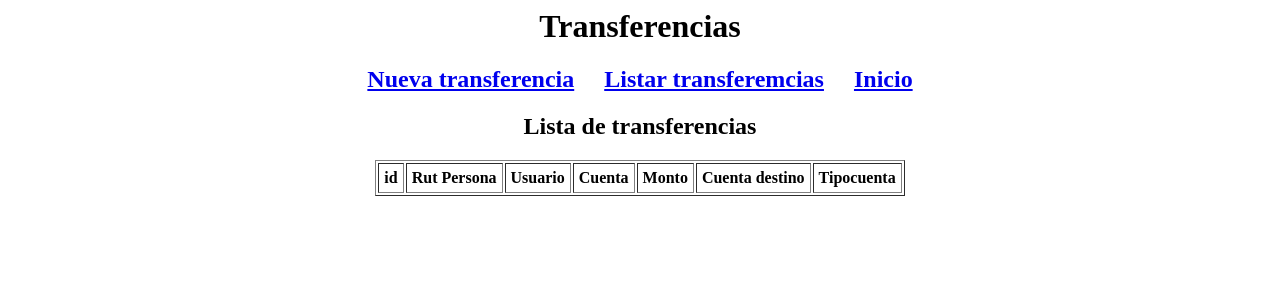
Repository: miguelalvarezcl/examen
Page: http://localhost/CtaCorriente/listTransferencia
An editor plug-in stored every save of this project. The page is shown before and after the next save, followed by the edit.
The browser window is 1280 px wide. The pictures show the whole page.
The page is served by Tomcat 9. Other server files are loaded and not shown. Queries for data that is not in the repository find no rows.

Above is the page before, as saved 2021-11-12 22:44:20.

### CtaCorriente/WebContent/ListaTransferencia.jsp
<%@ page language="java" contentType="text/html; charset=UTF-8"
    pageEncoding="UTF-8"%>
<%@ taglib uri="http://java.sun.com/jsp/jstl/core" prefix="c" %>
<html>
<head>
    <title>Banco Platinum</title>
</head>
<body>
    <center>
        <h1>Transferencias</h1>
        <h2>
            <a href="/CtaCorriente/newtransferencia">Nueva transferencia</a>
            &nbsp;&nbsp;&nbsp;
            <a href="/CtaCorriente/listTransferencia">Listar transferemcias</a>
            &nbsp;&nbsp;&nbsp;
            <a href="/CtaCorriente/home.jsp">Inicio</a>
        </h2>
    </center>
    <div align="center">
        <table border="1" cellpadding="5">
            <h2>Lista de transferencias</h2>
            <tr>
                <th>id</th>
                <th>Rut Persona</th>
                <th>Usuario</th>
                <th>Cuenta</th>
                <th>Monto</th>
                <th>Cuenta destino</th>
                <th>Tipocuenta</th>


            </tr>
            <c:forEach var="transferencia" items="${listTransferencia}">
                <tr>
                    <td><c:out value="${transferencia.id}" /></td>
                    <td><c:out value="${transferencia.rutpersona}" /></td>
                    <td><c:out value="${transferencia.idusuario}" /></td>
                    <td><c:out value="${transferencia.idcuenta}" /></td>
                    <td><c:out value="${transferencia.montotransferencia}" /></td>
                    <td><c:out value="${transferencia.cuentatransferencia}" /></td>
                    <td><c:out value="${transferencia.tipocuenta}" /></td>


                </tr>
            </c:forEach>
        </table>
    </div>
</body>
</html>

### CtaCorriente/src/com/platinum/ControllerServlet.java
package com.platinum;

import java.io.IOException;
import java.sql.SQLException;
import java.util.List;

import javax.servlet.RequestDispatcher;
import javax.servlet.ServletException;
import javax.servlet.http.HttpServlet;
import javax.servlet.http.HttpServletRequest;
import javax.servlet.http.HttpServletResponse;


public class ControllerServlet extends HttpServlet {
    private static final long serialVersionUID = 1L;
    private UsuariobdDAO usuariobdDAO;
    private PersonabdDAO personabdDAO;
    private CuentabdDAO cuentabdDAO;
    private TransferenciaDAO transferenciaDAO;

    public void init() {
        String jdbcURL = getServletContext().getInitParameter("jdbcURL");
        String jdbcUsername = getServletContext().getInitParameter("jdbcUsername");
        String jdbcPassword = getServletContext().getInitParameter("jdbcPassword");

        usuariobdDAO = new UsuariobdDAO(jdbcURL, jdbcUsername, jdbcPassword);
        personabdDAO = new PersonabdDAO(jdbcURL, jdbcUsername, jdbcPassword);
        cuentabdDAO = new CuentabdDAO(jdbcURL, jdbcUsername, jdbcPassword);
        transferenciaDAO = new TransferenciaDAO(jdbcURL, jdbcUsername, jdbcPassword);

    }

    protected void doPost(HttpServletRequest request, HttpServletResponse response)
            throws ServletException, IOException {
        doGet(request, response);
    }

    protected void doGet(HttpServletRequest request, HttpServletResponse response)
            throws ServletException, IOException {
        String action = request.getServletPath();

        try {
            switch (action) {
            case "/new":
                showNewForm(request, response);
                break;
            case "/newpersona":
                showNewFormPersona(request, response);
                break;

            case "/newcuenta":
                showNewFormCuenta(request, response);
                break;

            case "/newtransferencia":
                showNewFormTransferencia(request, response);
                break;

            case "/insert":
                insertUsuariobd(request, response);
                break;

            case "/insertpersona":
                insertPersonabd(request, response);
                break;

            case "/insertcuenta":
                insertCuentabd(request, response);
                break;

            case "/inserttransferencia":
                insertTransferencia(request, response);
                break;
            case "/deletecuenta":
                deleteCuentabd(request, response);
                break;

            case "/deletepersona":
                deletePersonabd(request, response);
                break;
            case "/delete":
                deleteUsuariobd(request, response);
                break;
            case "/editpersona":
                showEditFormPersona(request, response);
                break;

            case "/editcuenta":
                showEditFormCuenta(request, response);
                break;

            case "/edit":
                showEditForm(request, response);
                break;
            case "/update":
                updateUsuariobd(request, response);
                break;
            case "/updatepersona":
                updatePersonabd(request, response);
                break;

            case "/updatecuenta":
                updateCuentabd(request, response);
                break;


            case "/listPersonabd":
            	listPersonabd(request, response);
                break;

            case "/listCuentabd":
            	//System.out.println("1");
            	listCuentabd(request, response);
                break;
            case "/listTransferencia":
            	listTransferencia(request, response);
                break;
            default:
                listUsuariobd(request, response);
                break;
            }
        } catch (SQLException ex) {
            throw new ServletException(ex);
        }
    }



    private void listTransferencia(HttpServletRequest request, HttpServletResponse response)
            throws SQLException, IOException, ServletException {


        List<Transferencia> listTransferencia = transferenciaDAO.listAllTransferencia();

        request.setAttribute("listTransferencia", listTransferencia);
        RequestDispatcher dispatcher = request.getRequestDispatcher("ListaTransferencia.jsp");
        dispatcher.forward(request, response);
    }

    private void listCuentabd(HttpServletRequest request, HttpServletResponse response)
            throws SQLException, IOException, ServletException {


        List<Cuentabd> listCuentabd = cuentabdDAO.listAllCuentabd();

        request.setAttribute("listCuentabd", listCuentabd);
        RequestDispatcher dispatcher = request.getRequestDispatcher("ListaCuentas.jsp");
        dispatcher.forward(request, response);
    }

    private void listPersonabd(HttpServletRequest request, HttpServletResponse response)
            throws SQLException, IOException, ServletException {

        List<Personabd> listPersonabd = personabdDAO.listAllPersonabd();

        request.setAttribute("listPersonabd", listPersonabd);
        RequestDispatcher dispatcher = request.getRequestDispatcher("ListaPersonas.jsp");
        dispatcher.forward(request, response);
    }

    private void listUsuariobd(HttpServletRequest request, HttpServletResponse response)
            throws SQLException, IOException, ServletException {
        List<Usuariobd> listUsuariobd = usuariobdDAO.listAllUsuariosbd();
        request.setAttribute("listUsuariobd", listUsuariobd);
        RequestDispatcher dispatcher = request.getRequestDispatcher("ListaUsuarios.jsp");
        dispatcher.forward(request, response);
    }


    private void showNewForm(HttpServletRequest request, HttpServletResponse response)
            throws ServletException, IOException {
        RequestDispatcher dispatcher = request.getRequestDispatcher("FormularioUsuario.jsp");
        dispatcher.forward(request, response);
    }

    private void showNewFormPersona(HttpServletRequest request, HttpServletResponse response)
            throws ServletException, IOException {
        RequestDispatcher dispatcher = request.getRequestDispatcher("FormularioPersona.jsp");
        dispatcher.forward(request, response);
    }

    private void showNewFormCuenta(HttpServletRequest request, HttpServletResponse response)
            throws ServletException, IOException {
        RequestDispatcher dispatcher = request.getRequestDispatcher("FormularioCuenta.jsp");
        dispatcher.forward(request, response);
    }

    private void showNewFormTransferencia(HttpServletRequest request, HttpServletResponse response)
            throws ServletException, IOException {
        RequestDispatcher dispatcher = request.getRequestDispatcher("FormularioTransferencia.jsp");
        dispatcher.forward(request, response);
    }


    private void showEditForm(HttpServletRequest request, HttpServletResponse response)
            throws SQLException, ServletException, IOException {
        int id = Integer.parseInt(request.getParameter("id"));
        Usuariobd existingUsuariobd = usuariobdDAO.getUsuariobd(id);
        RequestDispatcher dispatcher = request.getRequestDispatcher("FormularioUsuario.jsp");
        request.setAttribute("usuariobd", existingUsuariobd);
        dispatcher.forward(request, response);

    }

    private void showEditFormPersona(HttpServletRequest request, HttpServletResponse response)
            throws SQLException, ServletException, IOException {
        String rut = request.getParameter("rut");
        Personabd existingPersonabd = personabdDAO.getPersonabd(rut);
        RequestDispatcher dispatcher = request.getRequestDispatcher("FormularioPersona.jsp");
        request.setAttribute("personabd", existingPersonabd);
        dispatcher.forward(request, response);


    }

    private void showEditFormCuenta(HttpServletRequest request, HttpServletResponse response)
            throws SQLException, ServletException, IOException {
        int id = Integer.parseInt(request.getParameter("id"));
        Cuentabd existingCuentabd = cuentabdDAO.getCuentabd(id);
        RequestDispatcher dispatcher = request.getRequestDispatcher("FormularioCuenta.jsp");
        request.setAttribute("cuentabd", existingCuentabd);
        dispatcher.forward(request, response);


    }

    private void insertUsuariobd(HttpServletRequest request, HttpServletResponse response)
            throws SQLException, IOException {
        String nombreusuario = request.getParameter("nombreusuario");
        String password = request.getParameter("password");


        Usuariobd newUsuariobd = new Usuariobd(nombreusuario, password);
        usuariobdDAO.insertUsuariobd(newUsuariobd);
        response.sendRedirect("list");
    }

    private void insertPersonabd(HttpServletRequest request, HttpServletResponse response)
            throws SQLException, IOException {
    	String rut = request.getParameter("rut");
        String nombre = request.getParameter("nombre");
        String apellido = request.getParameter("apellido");
        String direccion = request.getParameter("direccion");
        String correo = request.getParameter("correo");
        String telefono = request.getParameter("telefono");

        Personabd newPersonabd = new Personabd(rut,nombre, apellido,direccion,correo,telefono);
        personabdDAO.insertPersonabd(newPersonabd);
        response.sendRedirect("listPersonabd");
    }

    private void insertTransferencia(HttpServletRequest request, HttpServletResponse response)
            throws SQLException, IOException {
        String rutpersona = request.getParameter("rutpersona");
        int idusuario = Integer.parseInt(request.getParameter("idusuario"));
        int idcuenta = Integer.parseInt(request.getParameter("idcuenta"));
        int montotransferencia = Integer.parseInt(request.getParameter("montotransferencia"));
        int cuentatransferencia = Integer.parseInt(request.getParameter("cuentatransferencia"));
        String tipocuenta = request.getParameter("tipocuenta");

        Transferencia newTransferencia = new Transferencia(rutpersona, idusuario,idcuenta,montotransferencia,cuentatransferencia,tipocuenta);
        transferenciaDAO.insertTransferencia(newTransferencia);
        response.sendRedirect("listTransferencia");
    }

    private void insertCuentabd(HttpServletRequest request, HttpServletResponse response)
            throws SQLException, IOException {
        String rutcliente = request.getParameter("rutcliente");
        String monto = request.getParameter("monto");
        String ejecutivo = request.getParameter("ejecutivo");

        Cuentabd newCuentabd = new Cuentabd(rutcliente, monto,ejecutivo);
        cuentabdDAO.insertCuentabd(newCuentabd);
        response.sendRedirect("listCuentabd");
    }


    private void updatePersonabd(HttpServletRequest request, HttpServletResponse response)
            throws SQLException, IOException {
        String rut = request.getParameter("rut");
        String nombre = request.getParameter("nombre");
        String apellido = request.getParameter("apellido");
        String direccion = request.getParameter("direccion");
        String correo = request.getParameter("correo");
        String telefono = request.getParameter("telefono");


        Personabd personabd = new Personabd(rut, nombre, apellido,direccion,correo,telefono);
        personabdDAO.updatePersonabd(personabd);
        response.sendRedirect("listPersonabd");
    }


    private void updateCuentabd(HttpServletRequest request, HttpServletResponse response)
            throws SQLException, IOException {
    	System.out.println("paso");

        String rutcliente = request.getParameter("rutcliente");
        String monto = request.getParameter("monto");
        String ejecutivo = request.getParameter("ejecutivo");
        int id = Integer.parseInt(request.getParameter("id"));
        Cuentabd cuentabd = new Cuentabd(id, rutcliente, monto , ejecutivo);
        System.out.println("paso2");
        cuentabdDAO.updateCuentabd(cuentabd);
        response.sendRedirect("listCuentabd");
    }


    private void updateUsuariobd(HttpServletRequest request, HttpServletResponse response)
            throws SQLException, IOException {
        int id = Integer.parseInt(request.getParameter("id"));
        String nombreusuario = request.getParameter("nombreusuario");
        String password = request.getParameter("password");


        Usuariobd usuariobd = new Usuariobd(id, nombreusuario, password);
        usuariobdDAO.updateUsuariobd(usuariobd);
        response.sendRedirect("list");
    }

    private void deleteUsuariobd(HttpServletRequest request, HttpServletResponse response)
            throws SQLException, IOException {
        int id = Integer.parseInt(request.getParameter("id"));

        Usuariobd usuariobd = new Usuariobd(id);
        usuariobdDAO.deleteUsuariobd(usuariobd);
        response.sendRedirect("list");

    }

    private void deletePersonabd(HttpServletRequest request, HttpServletResponse response)
            throws SQLException, IOException {
        String rut = request.getParameter("rut");

        Personabd personabd = new Personabd(rut);
        personabdDAO.deletePersonabd(personabd);
        response.sendRedirect("listPersonabd");
    }


    private void deleteCuentabd(HttpServletRequest request, HttpServletResponse response)
            throws SQLException, IOException {
        int id = Integer.parseInt(request.getParameter("id"));

        Cuentabd cuentabd = new Cuentabd(id);
        cuentabdDAO.deleteCuentabd(cuentabd);
        response.sendRedirect("listCuentabd");
    }



}

After the next save:
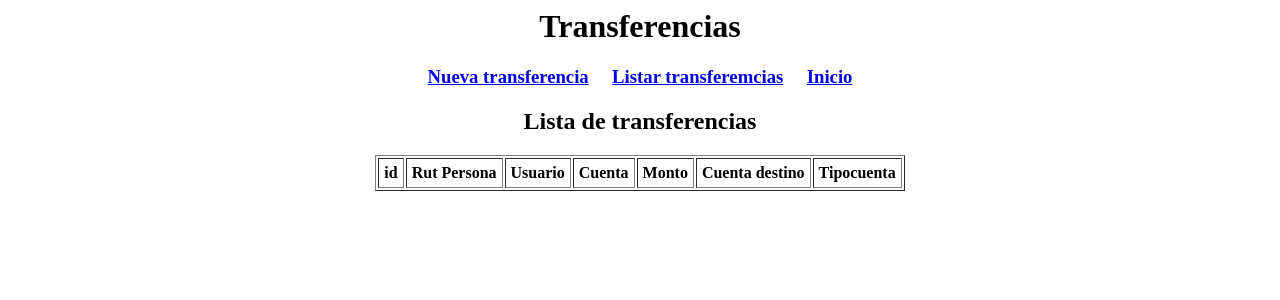
Saved 110 s later.
--- a/CtaCorriente/WebContent/ListaTransferencia.jsp
+++ b/CtaCorriente/WebContent/ListaTransferencia.jsp
@@ -8,13 +8,13 @@
 <body>
     <center>
         <h1>Transferencias</h1>
-        <h2>
+        <h3>
             <a href="/CtaCorriente/newtransferencia">Nueva transferencia</a>
             &nbsp;&nbsp;&nbsp;
             <a href="/CtaCorriente/listTransferencia">Listar transferemcias</a>
             &nbsp;&nbsp;&nbsp;
             <a href="/CtaCorriente/home.jsp">Inicio</a>
-        </h2>
+        </h3>
     </center>
     <div align="center">
         <table border="1" cellpadding="5">
